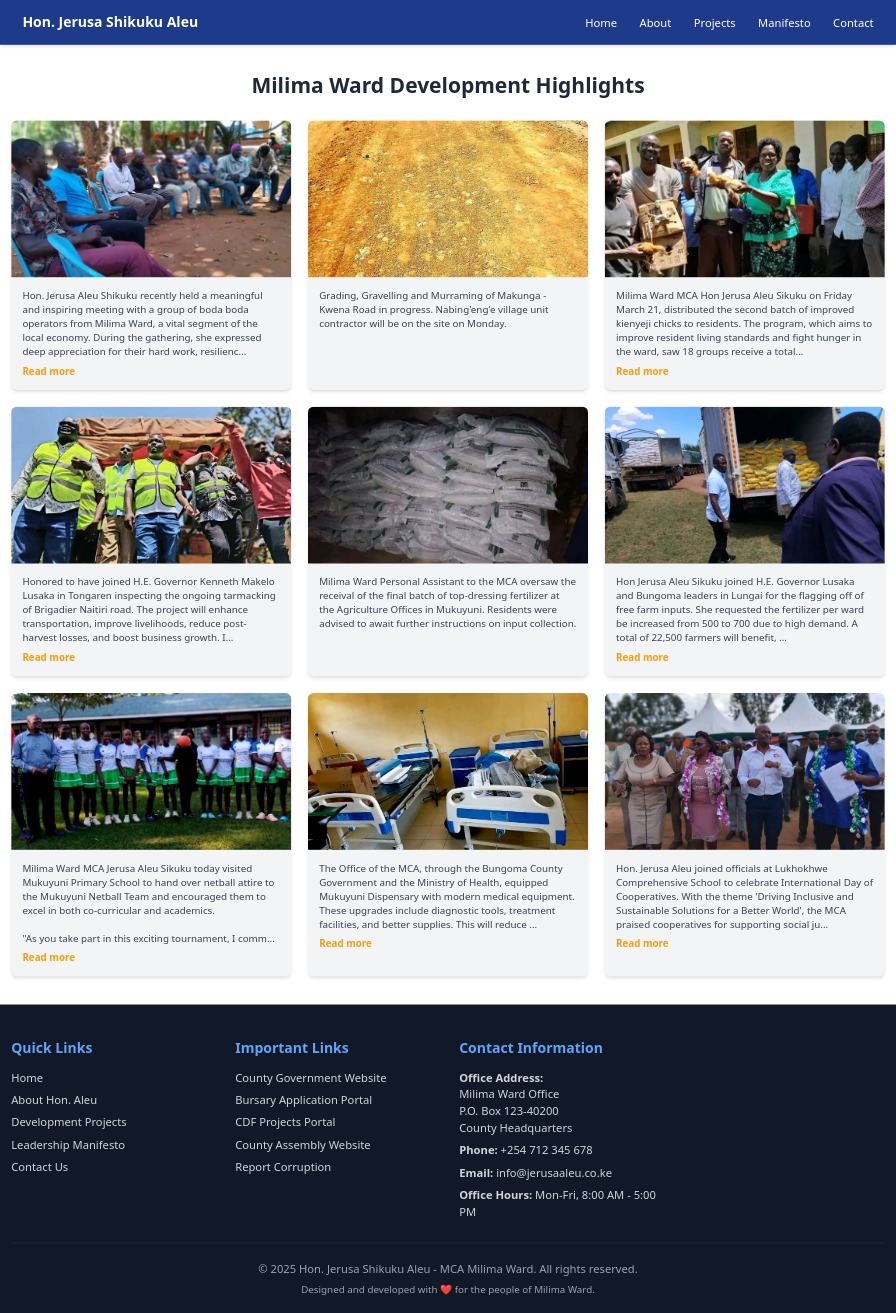
Repository: Engineer-collo/Hon_Jerusa_Shikuku_Aleu
Page: /projects
An editor plug-in stored every save of this project. The page is shown before and after a run of saves, followed by the edit.
The browser window is 1280 px wide. The pictures show the whole page, at 70% of full size.
The project was rebuilt for these pictures with package versions that can differ from the ones it lists, and the page was loaded fresh each time. Also part of the build but not shown: vite.config.js, src/Hero.jsx, src/Home.jsx, src/About.jsx, src/Manifesto.jsx, src/Contact.jsx.

Above is the page before, as saved 2025-07-18 18:00:01.

After the next 3 saves:
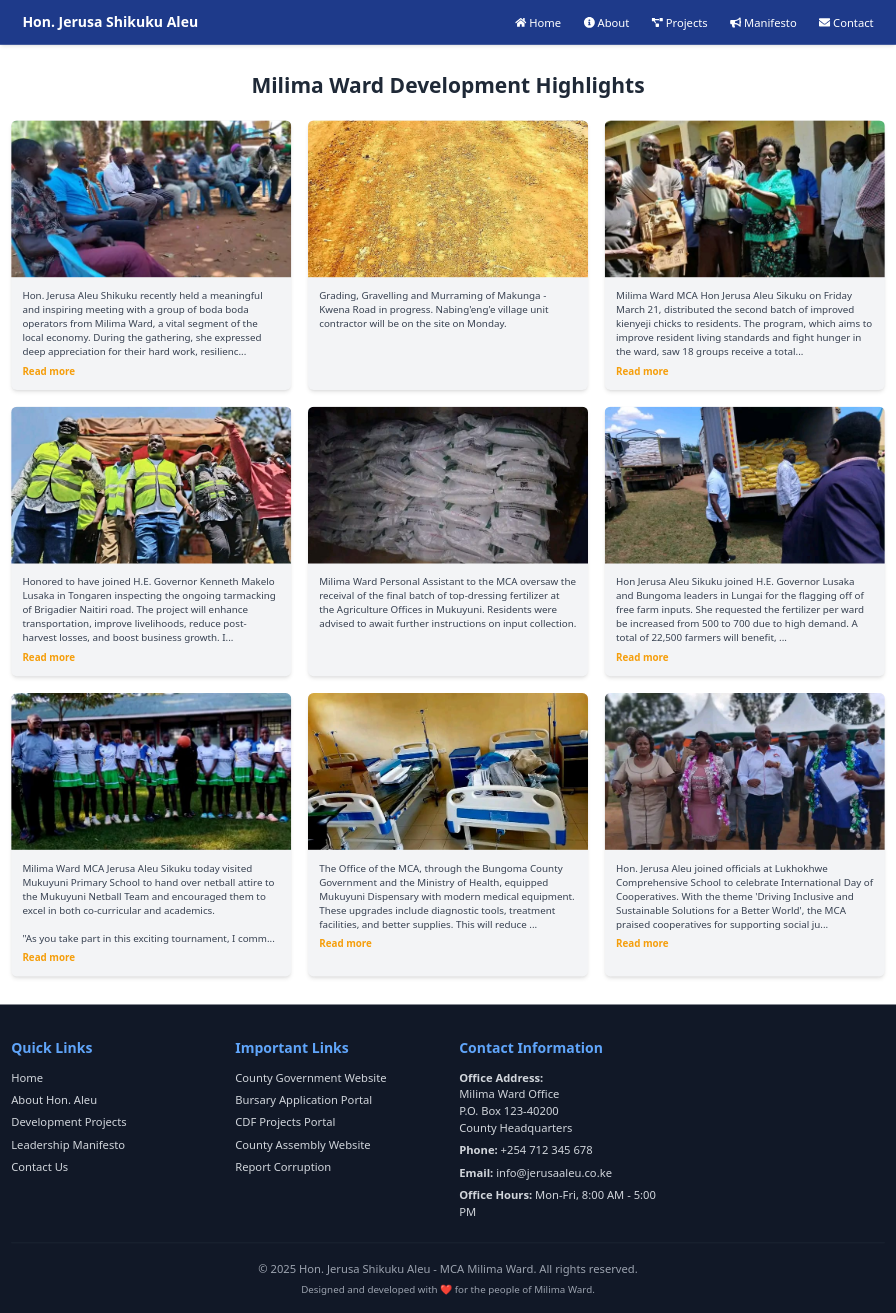
The 3 saves are shown as one change because they came seconds apart.
The last was saved 4 min 31 s later.
--- a/src/Navbar.jsx
+++ b/src/Navbar.jsx
@@ -1,5 +1,6 @@
 import React, { useState } from 'react';
 import { Link } from 'react-router-dom';
+import { FaHome, FaInfoCircle, FaProjectDiagram, FaBullhorn, FaEnvelope } from 'react-icons/fa';
 
 const Navbar = () => {
   const [isOpen, setIsOpen] = useState(false);
@@ -15,11 +16,21 @@ const Navbar = () => {
 
           {/* Desktop Nav */}
           <div className="hidden md:flex gap-8 items-center">
-            <Link to="/" className="hover:text-amber-400 transition">Home</Link>
-            <Link to="/about" className="hover:text-amber-400 transition">About</Link>
-            <Link to="/projects" className="hover:text-amber-400 transition">Projects</Link>
-            <Link to="/manifesto" className="hover:text-amber-400 transition">Manifesto</Link>
-            <Link to="/contact" className="hover:text-amber-400 transition">Contact</Link>
+            <Link to="/" className="flex items-center gap-1 hover:text-amber-400 transition">
+              <FaHome /> Home
+            </Link>
+            <Link to="/about" className="flex items-center gap-1 hover:text-amber-400 transition">
+              <FaInfoCircle /> About
+            </Link>
+            <Link to="/projects" className="flex items-center gap-1 hover:text-amber-400 transition">
+              <FaProjectDiagram /> Projects
+            </Link>
+            <Link to="/manifesto" className="flex items-center gap-1 hover:text-amber-400 transition">
+              <FaBullhorn /> Manifesto
+            </Link>
+            <Link to="/contact" className="flex items-center gap-1 hover:text-amber-400 transition">
+              <FaEnvelope /> Contact
+            </Link>
           </div>
 
           {/* Mobile Toggle Button */}
@@ -41,14 +52,24 @@ const Navbar = () => {
         </div>
       </div>
 
-      {/* Mobile Nav */}
+      {/* Mobile Nav Panel */}
       {isOpen && (
-        <div className="md:hidden px-4 pb-4 space-y-2 bg-blue-900">
-          <Link to="/" className="block hover:text-amber-400">Home</Link>
-          <Link to="/about" className="block hover:text-amber-400">About</Link>
-          <Link to="/projects" className="block hover:text-amber-400">Projects</Link>
-          <Link to="/manifesto" className="block hover:text-amber-400">Manifesto</Link>
-          <Link to="/contact" className="block hover:text-amber-400">Contact</Link>
+        <div className="md:hidden fixed top-16 left-0 w-3/4 h-full bg-blue-900 px-6 py-8 space-y-6 shadow-lg z-40">
+          <Link to="/" className="flex items-center gap-2 text-lg hover:text-amber-400" onClick={() => setIsOpen(false)}>
+            <FaHome /> Home
+          </Link>
+          <Link to="/about" className="flex items-center gap-2 text-lg hover:text-amber-400" onClick={() => setIsOpen(false)}>
+            <FaInfoCircle /> About
+          </Link>
+          <Link to="/projects" className="flex items-center gap-2 text-lg hover:text-amber-400" onClick={() => setIsOpen(false)}>
+            <FaProjectDiagram /> Projects
+          </Link>
+          <Link to="/manifesto" className="flex items-center gap-2 text-lg hover:text-amber-400" onClick={() => setIsOpen(false)}>
+            <FaBullhorn /> Manifesto
+          </Link>
+          <Link to="/contact" className="flex items-center gap-2 text-lg hover:text-amber-400" onClick={() => setIsOpen(false)}>
+            <FaEnvelope /> Contact
+          </Link>
         </div>
       )}
     </nav>
